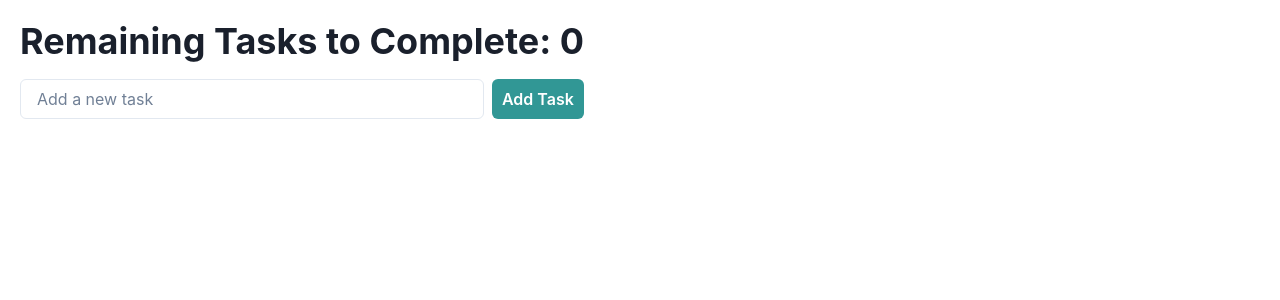
Repository: navnneett/COMP-3170-lab04
Page: /
These files come from the project's save history. The page is drawn as it stood at one moment and after the next save; the edit follows.
The browser window is 1280 px wide. The pictures show the whole page.
The project was rebuilt for these pictures with package versions that can differ from the ones it lists, and the page was loaded fresh each time. Also part of the build but not shown: vite.config.js, src/components/Task.jsx.

Above is the page before, as saved 2024-10-20 20:00:39.

### src/App.jsx
import { useState } from 'react';
import { Box, Heading, VStack, ChakraProvider } from '@chakra-ui/react';
import TaskForm from './components/TaskForm'; // Ensure this file is correctly implemented
import Task from './components/Task'; // Ensure this file is correctly implemented

function App() {
  const [tasks, setTasks] = useState([]);

  const addTask = (taskName) => {
    if (!taskName) return; // Prevent adding empty tasks
    const newTask = { id: Date.now(), name: taskName, completed: false };
    setTasks((prevTasks) => [...prevTasks, newTask]);
  };

  const toggleTask = (id) => {
    setTasks((prevTasks) =>
      prevTasks.map((task) =>
        task.id === id ? { ...task, completed: !task.completed } : task
      )
    );
  };

  const deleteTask = (id) => {
    setTasks((prevTasks) => prevTasks.filter((task) => task.id !== id));
  };

  const remainingTasks = tasks.filter((task) => !task.completed).length;

  return (
    <ChakraProvider>
      <Box p={5}>
        <Heading mb={4}>Remaining Tasks to Complete: {remainingTasks}</Heading>
        <TaskForm addTask={addTask} />
        <VStack spacing={3} mt={5}>
          {tasks.length > 0 && tasks.map((task) => (
            <Task
              key={task.id}
              task={task}
              toggleTask={toggleTask}
              deleteTask={deleteTask}
            />
          ))}
        </VStack>
      </Box>
    </ChakraProvider>
  );
}

export default App;

### src/components/TaskForm.jsx
import { useState } from 'react';
import { Input, Button, HStack } from '@chakra-ui/react';

function TaskForm({ addTask }) {
  const [taskName, setTaskName] = useState('');

  const handleSubmit = (e) => {
    e.preventDefault();
    addTask(taskName);
    setTaskName(''); // Reset input after submission
  };

  return (
    <form onSubmit={handleSubmit}>
      <HStack>
        <Input
          value={taskName}
          onChange={(e) => setTaskName(e.target.value)}
          placeholder="Add a new task"
          required
        />
        <Button type="submit" colorScheme="teal">
          Add Task
        </Button>
      </HStack>
    </form>
  );
}

export default TaskForm;

Loaded but not shown: index.html (common file); src/main.jsx (common file); src/index.css (common file)

After the next save:
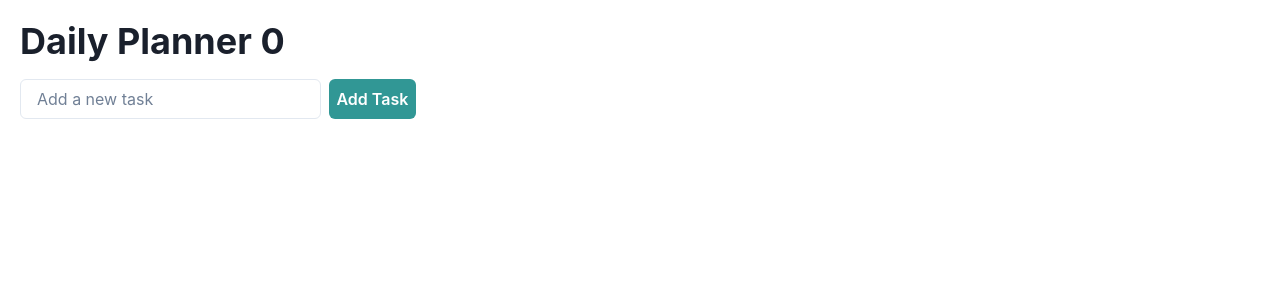
Saved 10 min 1 s later.
--- a/src/App.jsx
+++ b/src/App.jsx
@@ -29,7 +29,7 @@ function App() {
   return (
     <ChakraProvider>
       <Box p={5}>
-        <Heading mb={4}>Remaining Tasks to Complete: {remainingTasks}</Heading>
+        <Heading mb={4}>Daily Planner {remainingTasks}</Heading>
         <TaskForm addTask={addTask} />
         <VStack spacing={3} mt={5}>
           {tasks.length > 0 && tasks.map((task) => (
